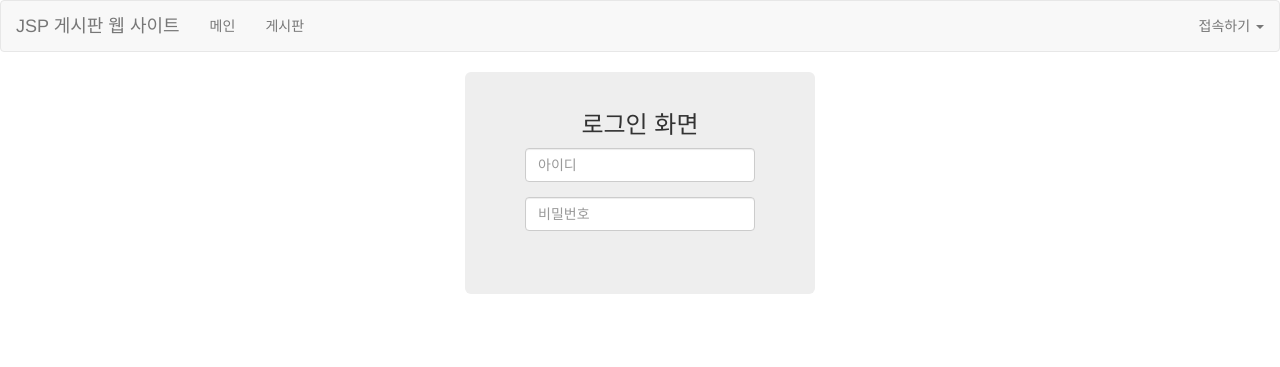
Repository: mottipwp/BBS-Project
Page: http://localhost/BBS/login.jsp
The author's editor kept a copy of each file at every save. The page is drawn from the files as they stood at one save, then again after the next save.
The browser window is 1280 px wide. The pictures show the whole page.
Some web libraries are served in a nearby version. The page is served by Tomcat 9.

Above is the page before, as saved 2019-03-07 02:48:30.

After the next save:
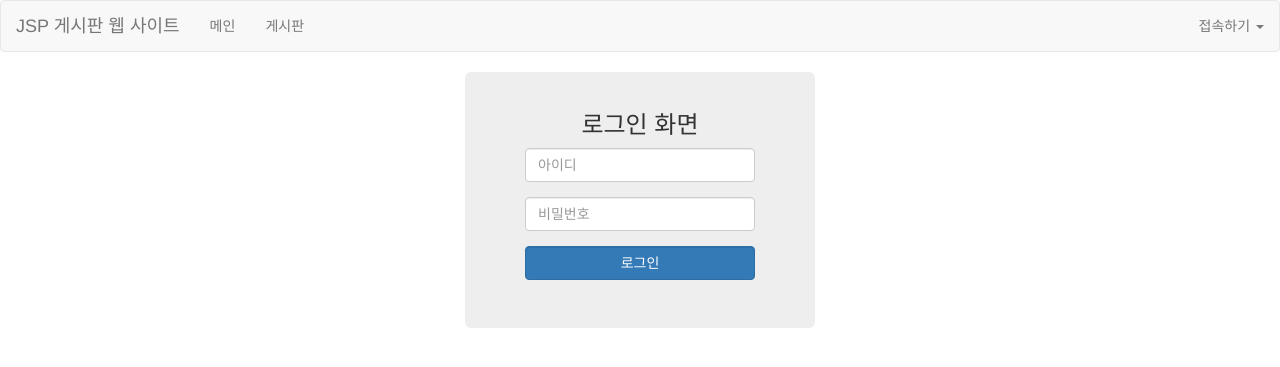
Saved 54 s later.
--- a/BBS/WebContent/login.jsp
+++ b/BBS/WebContent/login.jsp
@@ -52,6 +52,7 @@
 				<div class="form-group">
 					<input type="password" class="form-control" placeholder="비밀번호" name="userPassword" maxlength="20">
 				</div>
+				<input type="submit" class="btn btn-primary form-control" value="로그인">
 			</form>
 		</div>
 	</div>
